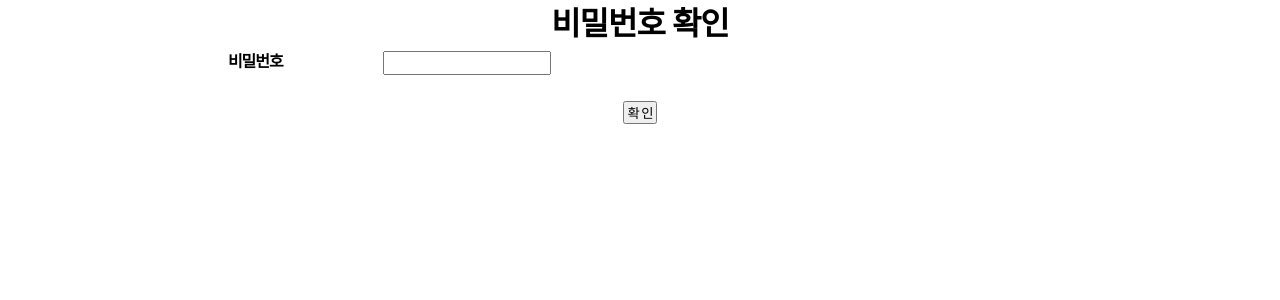
Repository: InhoKang92/jsp_1018
Page: http://localhost/Web_01/review/reviewCheckPass.jsp
An editor plug-in stored every save of this project. The page is shown before and after the next save, followed by the edit.
The browser window is 1280 px wide. The pictures show the whole page.
Some web fonts or font styles are not loaded; a fallback is used. The page is served by Tomcat 9.

Above is the page before, as saved 2024-10-17 01:48:51.

After the next save:
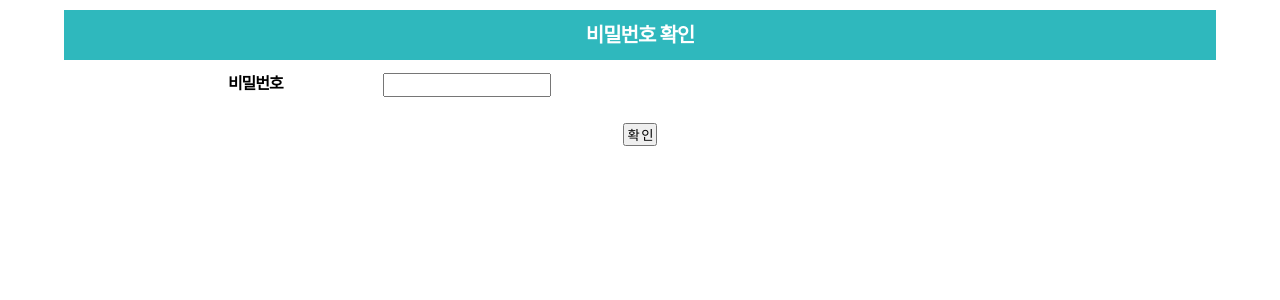
Saved 33 s later.
--- a/Web_01/src/main/webapp/review/reviewCheckPass.jsp
+++ b/Web_01/src/main/webapp/review/reviewCheckPass.jsp
@@ -14,7 +14,7 @@ pageEncoding="UTF-8"%>
 <body>
 
 <div align="center">
-      <h1 class="title">비밀번호 확인</h1>
+      <h1 class="title_box">비밀번호 확인</h1>
       <form action="ModernServlet" name="frm" method="get">
         <input type="hidden" name="command" value="review_check_pass">
         <input type="hidden" name="num" value="${param.num}">
